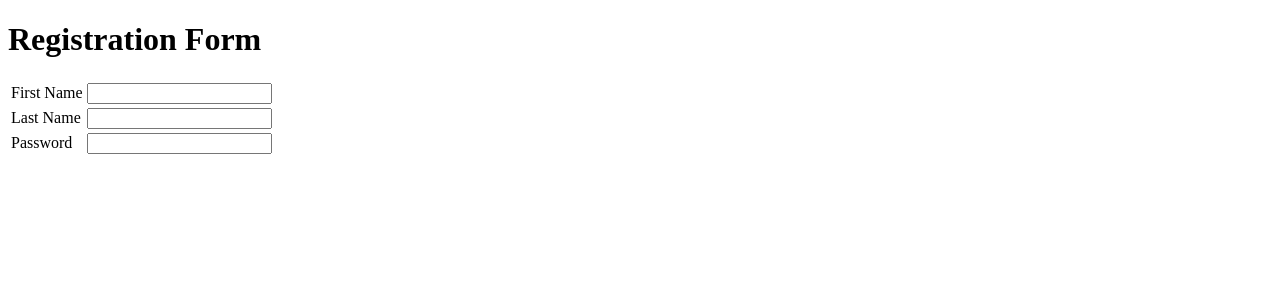
Repository: Laxman877/MyWorkspace
Page: Corejava/Learning_Web/src/main/webapp/division.html
These files come from the project's save history. The page is drawn as it stood at one moment and after the next save; the edit follows.
The browser window is 1280 px wide. The pictures show the whole page.

Above is the page before, as saved 2022-04-27 05:01:16.

After the next save:
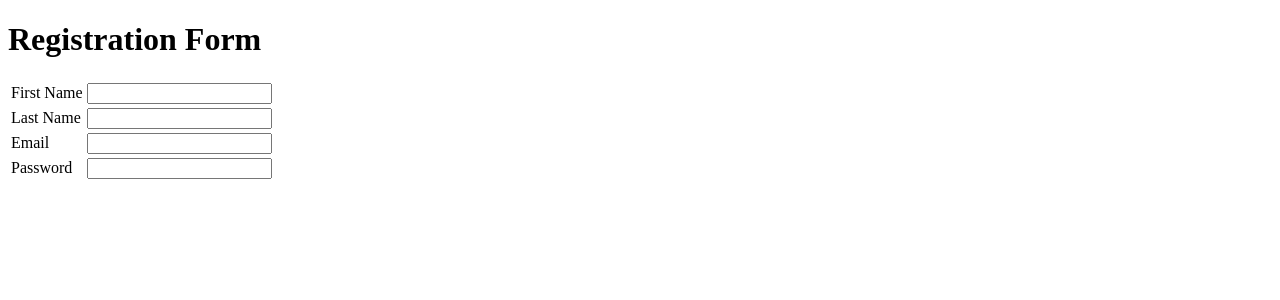
Saved 31 s later.
--- a/Corejava/Learning_Web/src/main/webapp/division.html
+++ b/Corejava/Learning_Web/src/main/webapp/division.html
@@ -21,6 +21,11 @@
 </td>
 </tr>
 <tr>
+<td><label>Email</label></td>
+<td><input type="text" name="email" class="textfield">
+</td>
+</tr>
+<tr>
 <td><label>Password</label></td>
 <td><input type="text" name="pass" class="textfield">
 </td>
